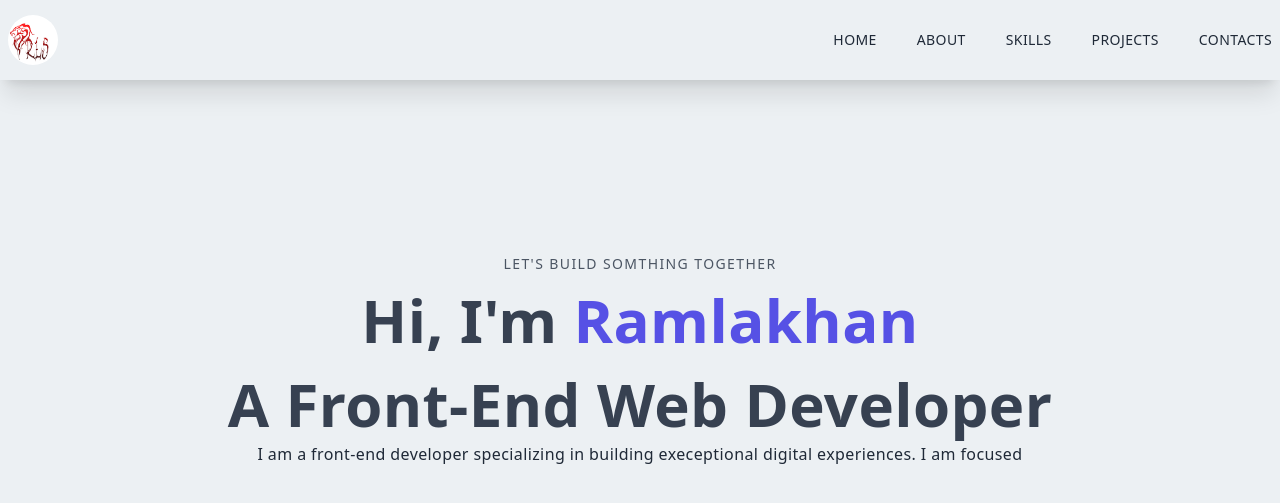
Repository: ram2642/portfolio-using-next-js
Page: /
The author's editor kept a copy of each file at every save. The page is drawn from the files as they stood at one save, then again after the next save.
The browser window is 1280 px wide. The pictures show the whole page.
The project was rebuilt for these pictures with package versions that can differ from the ones it lists, and the page was loaded fresh each time. The framework's server and built-in components were replaced by stand-ins that run in the browser. Also part of the build but not shown: next.config.js.

Above is the page before, as saved 2022-09-04 01:55:49.

After the next save:
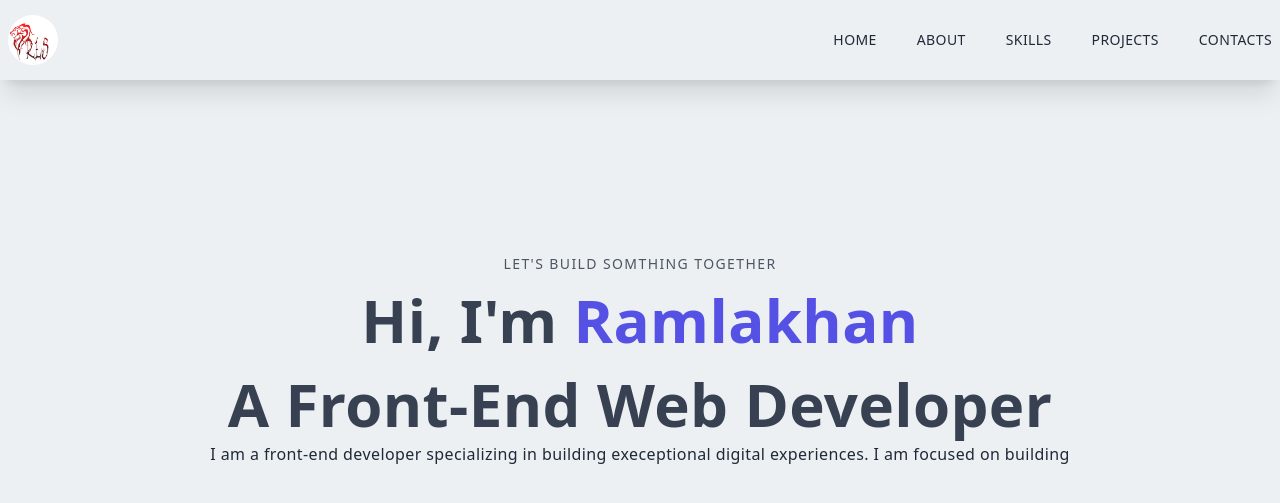
Saved 5 s later.
--- a/components/Main.jsx
+++ b/components/Main.jsx
@@ -13,7 +13,7 @@ const Main = () => {
         A Front-End Web Developer
       </h1>
       <p>
-        I am a front-end developer specializing in building execeptional digital experiences. I am focused
+        I am a front-end developer specializing in building execeptional digital experiences. I am focused on building
       </p>
     </div>
 
